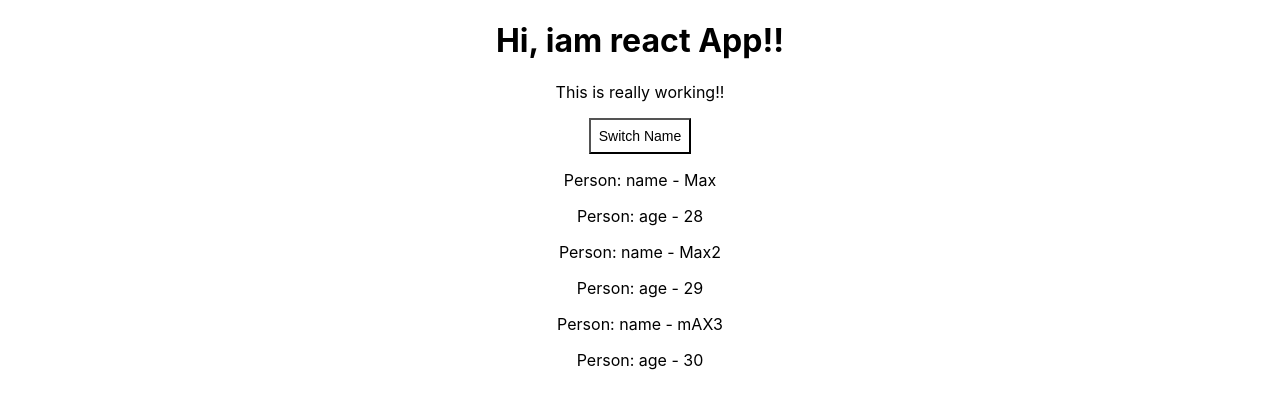
Repository: RohitMalik2/Rohit_react
Page: /
The author's editor kept a copy of each file at every save. The page is drawn from the files as they stood at one save, then again after the next save.
The browser window is 1280 px wide. The pictures show the whole page.
The project was rebuilt for these pictures with package versions that can differ from the ones it lists, and the page was loaded fresh each time.

Above is the page before, as saved 2019-11-18 22:33:03.

After the next save:
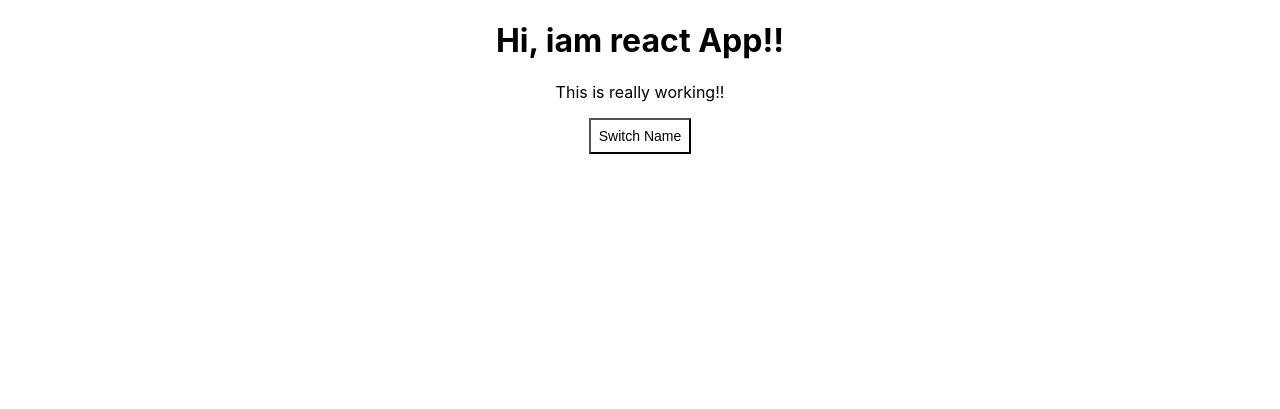
Saved 8 min 14 s later.
--- a/src/App.js
+++ b/src/App.js
@@ -11,7 +11,8 @@ class App extends Component {
       { name: 'Max2', age: 29 },
       { name: 'mAX3', age: 30 }
     ],
-    otherState: 'some other state'
+    otherState: 'some other state',
+    showPersons: false
   }
 
   switchNameHandler = (newName) => {
@@ -26,7 +27,7 @@ class App extends Component {
     });
   }
 
-  nameChangeHandler = (event) =>{
+  nameChangeHandler = (event) => {
     this.setState({
       persons: [
         { name: 'Yash', age: 13 },
@@ -36,7 +37,9 @@ class App extends Component {
     })
   }
 
-
+  togglePersonHandler = () => {
+    this.state.showPersons = true;
+  }
   render() {
     const style = {
       fontSize: '14px',
@@ -49,12 +52,20 @@ class App extends Component {
       <div className="App">
         <h1>Hi, iam react App!!</h1>
         <p>This is really working!!</p>
-        <button style={style} onClick={()=> this.switchNameHandler('Max!!')}>Switch Name</button>
-
-        <Person name={this.state.persons[0].name} age={this.state.persons[0].age} />
-        <Person name={this.state.persons[1].name} age={this.state.persons[1].age} />
-        <Person name={this.state.persons[2].name} age={this.state.persons[2].age} />
-
+        <button style={style} onClick={() => this.switchNameHandler('Max!!')}>Switch Name</button>
+        { this.state.showPersons ?
+          <div>
+            <Person
+              name={this.state.persons[0].name}
+              age={this.state.persons[0].age} />
+            <Person
+              name={this.state.persons[1].name}
+              age={this.state.persons[1].age} />
+            <Person
+              name={this.state.persons[2].name}
+              age={this.state.persons[2].age} />
+          </div> : null
+        }
       </div>
     );
   };
